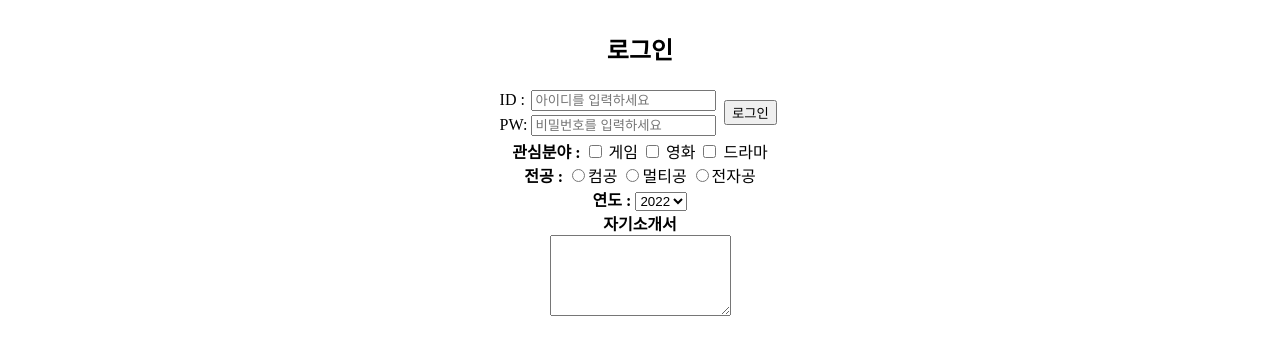
Repository: umhayun/myJSP
Page: HTML/src/main/webapp/login.html
The author's editor kept a copy of each file at every save. The page is drawn from the files as they stood at one save, then again after the next save.
The browser window is 1280 px wide. The pictures show the whole page.

Above is the page before, as saved 2022-01-18 02:09:15.

After the next save:
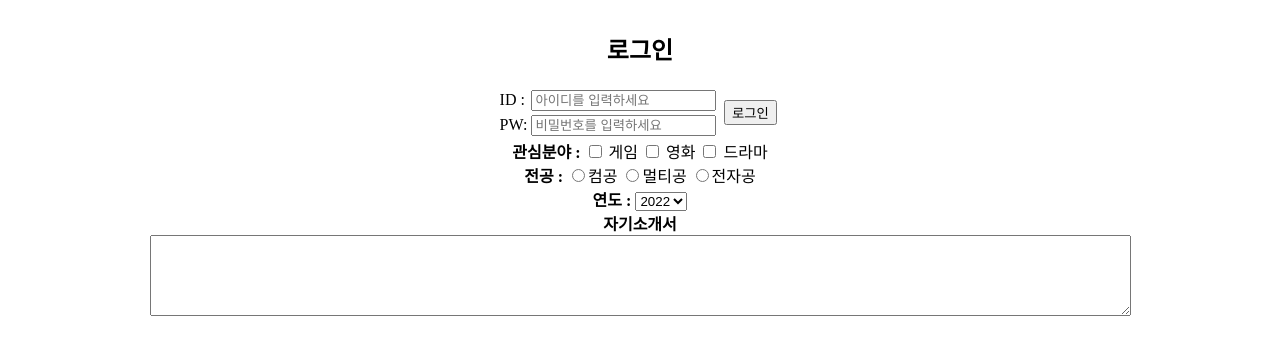
Saved 23 s later.
--- a/HTML/src/main/webapp/login.html
+++ b/HTML/src/main/webapp/login.html
@@ -49,7 +49,7 @@
 <br>
 <strong>자기소개서</strong>
 <br>
-<textarea rows="5" cols"50"></textarea>
+<textarea rows="5" cols="120"></textarea>
 </form>
 
 </body>
